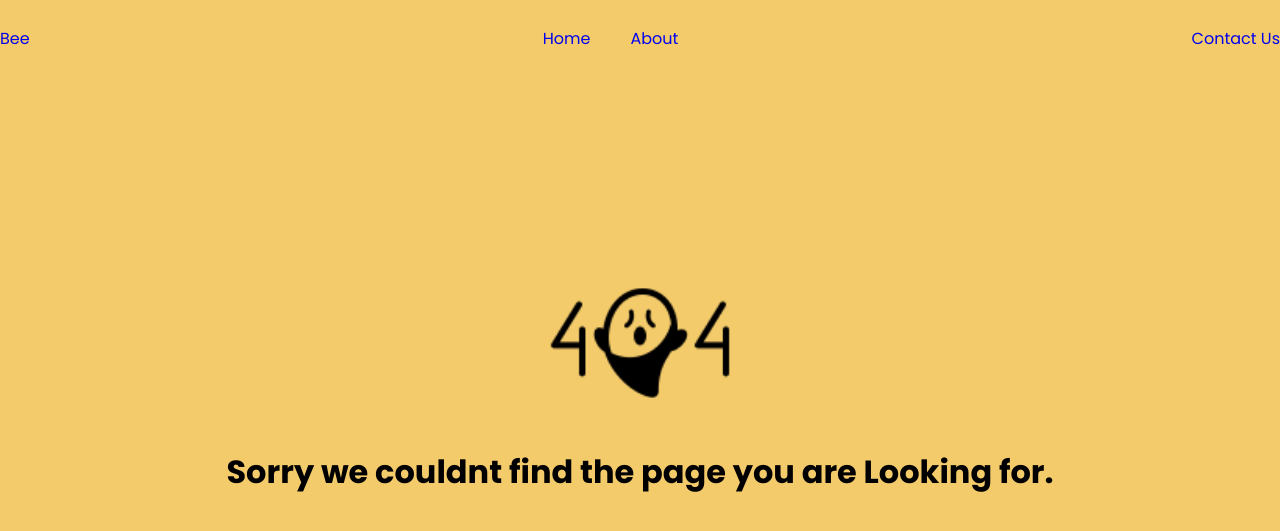
Repository: ble-syn/Random-user-generator-app
Page: /not-found
The author's editor kept a copy of each file at every save. The page is drawn from the files as they stood at one save, then again after the next save.
The browser window is 1280 px wide. The pictures show the whole page.
The project was rebuilt for these pictures with package versions that can differ from the ones it lists, and the page was loaded fresh each time. Also part of the build but not shown: src/components/pagination.jsx, src/components/ErrorFallback.jsx, src/components/User.jsx, src/pages/Home.jsx, src/pages/About.jsx, src/pages/Policy.jsx, src/pages/Terms.jsx, src/pages/Contact.jsx.

Above is the page before, as saved 2022-10-28 17:30:08.

### src/index.css
@import url("https://fonts.googleapis.com/css2?family=Poppins:ital,wght@0,200;0,300;0,400;0,500;0,600;0,700;1,400&display=swap");
*{
  margin: 0;
  padding: 0;
  box-sizing: border-box;
}
a {
  text-decoration: none;
}

body {
  background-color: #F4CB6B;
  font-family: "Poppins", sans-serif;
}
.container {
  width: 100%;
  max-width: 1300px;
  margin: 0 auto;

}

nav {
  display: flex;
  justify-content: space-between;
  margin: 2% 0 5%;
}
.menu {
  margin: 0 20px;
}

.home-container{
  display: flex;

  align-items: center;
}
/* LEFT STYLES */
#left {
  flex: 5;
}
#left h1 {
  font-size: 3rem;
  font-weight: 700;
  margin-bottom: 20px;
}
#left p {
  font-size: 1.2rem;
  margin-bottom: 20px;
}
.search-input {
  width: 80%;
  background-color: #dadada;
  border-radius: 12px;
  border: none;
  display: flex;
  place-items: center;
  padding-left: 15px;
  margin: 50px 0;
}
input {
  border: none;
  border-radius: 12px;
  background-color: inherit;
  width: 100%;
  height: 50px;
  padding-left: 5px;
  font-size: 20px;
}
input:focus {
  outline: none;
}
input::placeholder {
  color: #171717;
}
.user-link-cont {
  margin-top: 70px;
}
.user-link{
  margin-right: 80px;
  padding: 30px;
  border-radius: 10px;
  color: #FFF;
  cursor: pointer;
  border: none;
  box-shadow: 0px 2px 5px  rgba(0, 0, 0, 0.5);
}
.all-user {
  background-color: #BF9679;
}
.f-user{
  background-color: #F97661;
}
.m-user{
background-color: #8DCC50;
}

#right{
  height: 90vh;
  flex: 5;
  margin-left: 20px;
  background-color: #F2F2EF;
  border-radius: 50px;
  padding: 20px;
}

.usercard {
  background-color: #F2F2EF;
  border-radius: 20px;
  display: flex;
  justify-content: space-between;
  align-items: center;
  padding: 20px;
  margin: 20px 0;
  box-shadow: 0px 2px 5px  rgba(0, 0, 0, 0.5);
}

img {
 border: 5px solid#8DCC50;
  border-radius: 50%;
  margin: 5px 0;
}

.pagination {
  display: flex;
  justify-content: center;
  align-items: center;
  gap: 12px;
  margin: 20px 0;
}

.pagination-num {
  display: flex;
  justify-content: center;
  align-items: center;
  gap: 12px;
}

.pagination-child,
.prev,
.next {
  opacity: 1;
  border: 1px solid #000;
  padding: 8px 16px;
  cursor: pointer;
  border-radius: 10px;
  transition: all 0.3s ease;
}

.pagination-child:hover,
.prev:hover,
.next:hover {
  transform: scale(1.1);
  background-color: #F4CB6B;
}

.disabled {
  opacity: 0.5;
  cursor: not-allowed;
}
.notfound {
  display: flex;
  flex-direction: column;
  justify-content: center;
  align-items: center;
  height: 70vh;
  font-size: 2rem;
  font-weight: 700;
}
.notfound img{
  height: 200px;
  border: none;
}

### src/App.js
import { BrowserRouter as Router, Routes, Route, Navigate} from "react-router-dom";
import Navbar from "./components/Navbar";
import Home from "./pages/Home";
import About from "./pages/About";
import Policy from "./pages/Policy";
import Terms from "./pages/Terms";
import Contact from "./pages/Contact";
import NotFound from "./pages/NotFound";

function App() {
  return (
    <div className="container">
      <Router>
      <Navbar />
        <Routes>
          <Route path="/" element={<Home />} />
          <Route path="/about" element={<About />}>
            <Route path="policy" element={<Policy />} />
            <Route path="terms" element={<Terms />} />
          </Route>
          <Route path="/contact" element={<Contact />} />
          <Route path="/not-found" element={<NotFound />} />
          <Route path="*" element={<Navigate to="/not-found" />} />
        </Routes>
      </Router>

    </div>
  );
}

export default App;

### src/components/Navbar.jsx
import React from "react";
import { Link } from "react-router-dom";

function Navbar() {
    return (
      <nav className="header">
        <div className="logo">
          <Link to="/">Bee</Link>
        </div>


        <div>
            <Link to="/" className="menu">Home</Link>

            <Link to="/about" className="menu">About</Link>
        </div>
        <div>
            <Link to="/contact">Contact Us</Link>
        </div>
      </nav>
    );
  }

export default Navbar;

### src/pages/NotFound.jsx
import React from "react";
import error404 from "../assets/404-error.png"

function NotFound() {
  return <div className="notfound">
    <img src={error404} alt="404 error" />
    <p>Sorry we couldnt find the page you are Looking for.</p>
  </div>;
}

export default NotFound;

Loaded but not shown: public/index.html (common file); src/index.js (common file); src/reportWebVitals.js (common file)

After the next save:
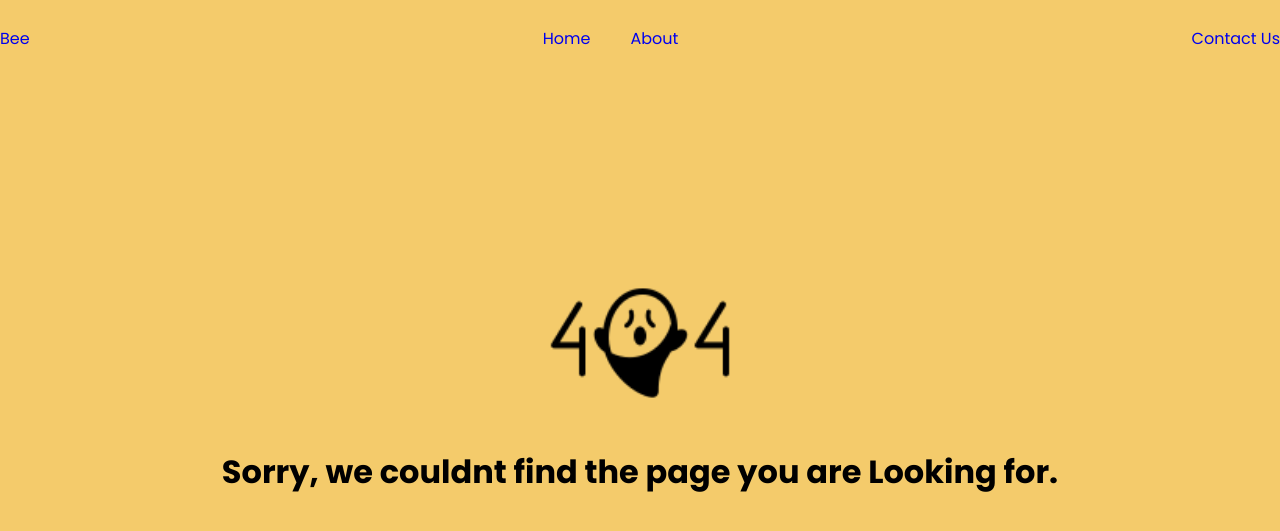
Saved 30 s later.
--- a/src/pages/NotFound.jsx
+++ b/src/pages/NotFound.jsx
@@ -4,7 +4,7 @@ import error404 from "../assets/404-error.png"
 function NotFound() {
   return <div className="notfound">
     <img src={error404} alt="404 error" />
-    <p>Sorry we couldnt find the page you are Looking for.</p>
+    <p>Sorry, we couldnt find the page you are Looking for.</p>
   </div>;
 }
 
